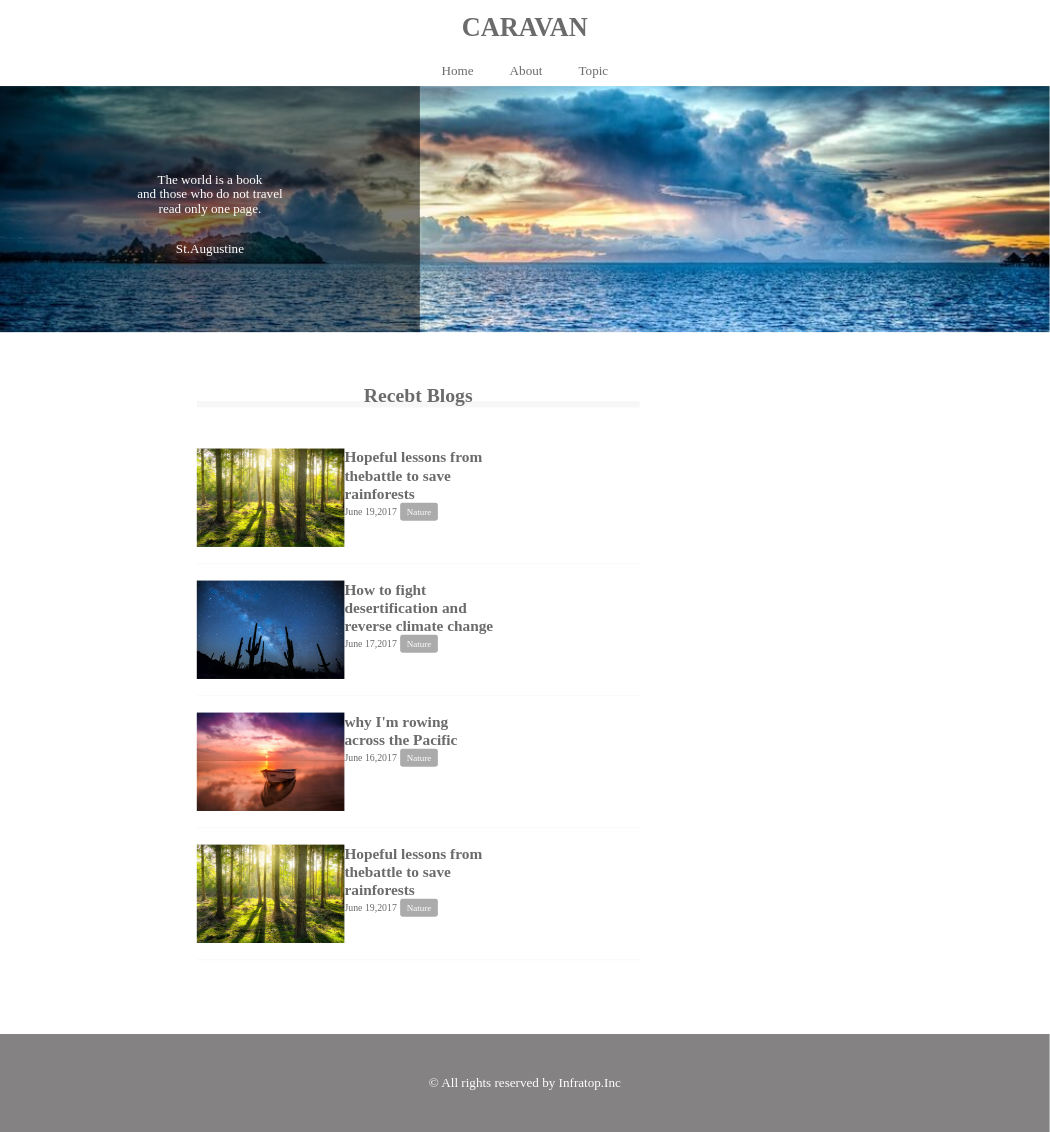
Repository: ego-boosting/html-practice1
Page: caravan/index.html
The author's editor kept a record of every edit. The page is drawn from the files as they stood at one moment, then again after the next edit.
The browser window is 1280 px wide. The pictures show the whole page, at 82% of full size.

Above is the page before.

### caravan/index.html
<!DOCTYPE html>
<html lang="ja">

  <head>
    <meta charset="UTF-8" />
    <link rel="stylesheet" href="style.css" />
    <title>CARAVAN</title>
  </head>

  <body>

    <header>
      <h1 class="heading">
        <a href="index.html">
          CARAVAN
        </a>

      </h1>
    </header>

    <nav>

      <ul class="nav-list">
        <li class="nav-list-item">
          <a href="index.html">Home</a>
        </li>
        <li class="nav-list-item">About</li>
        <li class="nav-list-item">Topic</li>

      </ul>

    </nav>


    <div class="main-visual">
      <div class="main-visual-content">

       <p class="main-visual-text">
         The world is a book<br/>
         and those who do not travel<br/>
         read only one page.
       </p>
       <p class="main-visual-name">
         St.Augustine
       </p>
       </div>
    </div>

    <main>

      <section class="blog">

       <h2 class="blog-heading">Recebt Blogs</h2>

      <div class="blog-box">
       <div class="blog-item">
        <img class="blog-image"src="img/forest.jpg">
        <section class="blog-text">
         <h3 class="blog-text-heading">
          <a href="sigle.html">
               Hopeful lessons from<br/>
               thebattle to save<br/>
               rainforests
          </a>
         </h3>
         <p class="blog-date">June 19,2017</p>
         <span class="category">Nature</span>
        </section>
       </div>
       <div class="blog-item">
        <img class="blog-image"src="img/desert.jpg">
        <section class="blog-text">
         <h3 class ="blog-text-heading">
          <a href="sigle.html">
               How to fight<br/>
               desertification and<br/>
               reverse climate change
          </a>
         </h3>
         <p class="blog-date">June 17,2017</p>
         <span class="category">Nature</span>
        </section>
       </div>
       <div class="blog-item">
        <img class="blog-image"src="img/sunset.jpg">
        <section class="blog-text">
         <h3 class="blog-text-heading">
          <a href="sigle.html">
                why I'm rowing<br/>
                across the Pacific
          </a>
         </h3>
         <p class="blog-date">June 16,2017</p>
         <span class="category">Nature</span>
        </section>
       </div>

       <div class="blog-item">
        <img class="blog-image"src="img/forest.jpg">
        <section class="blog-text">
         <h3>
          <a href="sigle.html">
               Hopeful lessons from</br>
               thebattle to save</br>
               rainforests
          </a>
         </h3>
         <p class="blog-date">June 19,2017</p>
         <span class="category">Nature</span>
        </section>
       </div>

       </div>

      </section>

      <div class="sidebar"></div>

      </main>

    </div>

    <footer>
      <p class="footer-text">© All rights reserved by Infratop.Inc️</p>
    </footer>
  </body>
</html>

### caravan/style.css
* {
  margin: 0;
  padding: 0;
  box-sizing: border-box;
  color:#6c6b6b;
}

a{
  text-decoration:none;
}

header{
  width:90%;
  padding:15px 0;
  margin:0 auto;
  text-align:center;
}

header.heading{
  font-size:32px;
}

.nav-list{
  text-align:center;
  padding:10px 0;
  margin:0 auto;
}

.nav-list-item{
  list-style:none;
  display:inline-block;
  margin:0 20px;
}

.main-visual {
  width: 100%;
  height: 300px;
  background-image:url(img/mv.jpg);
  background-size:cover;
  background-position:center;
}

.main-visual-content {
  width: 40%;
  height: 300px;
  background-color:rgba(0,0,0,0.5);
  text-align:center;
  padding-top:105px;
}

.main-visual-text{
  color:#fff;
}

.main-visual-name{
  margin-top:30px;
  color:#fff;
}

main{
  width:800px;
  display:flex;
  justify-content:center;
  margin:0 auto;
  padding:70px 0;
}

.blog {
  width:540px;
  margin-right:30px;
}

.blog-heading{
  border-bottom:8px solid#f7f7f7;
  text-align:center;
  line-height:0.6;
}

.blog-item{
  padding-bottom:20px;
  margin-bottom:20px;
  border-bottom:1px solid#f7f7f7;
  display:flex;
  justify-content:flex-start;
}

.blog-box{
  padding-top:50px;
}

.blog-image{
  width:180px;
}

.blog-date{
  font-size:12px;
  display:inline-block;
}

.category{
  display:inline-block;
  padding:5px 8px;
  background-color:#acabab;
  border-radius:3px;
  color:#fff;
  font-size:11px;
}

.sidebar {
  width:230px;
}

footer{
  width:100%;
  height:120px;
  text-align:center;
  line-height:120px;
  background-color:#848282;
}

.footer-text{
  color:#fff;
}

After the next edit:
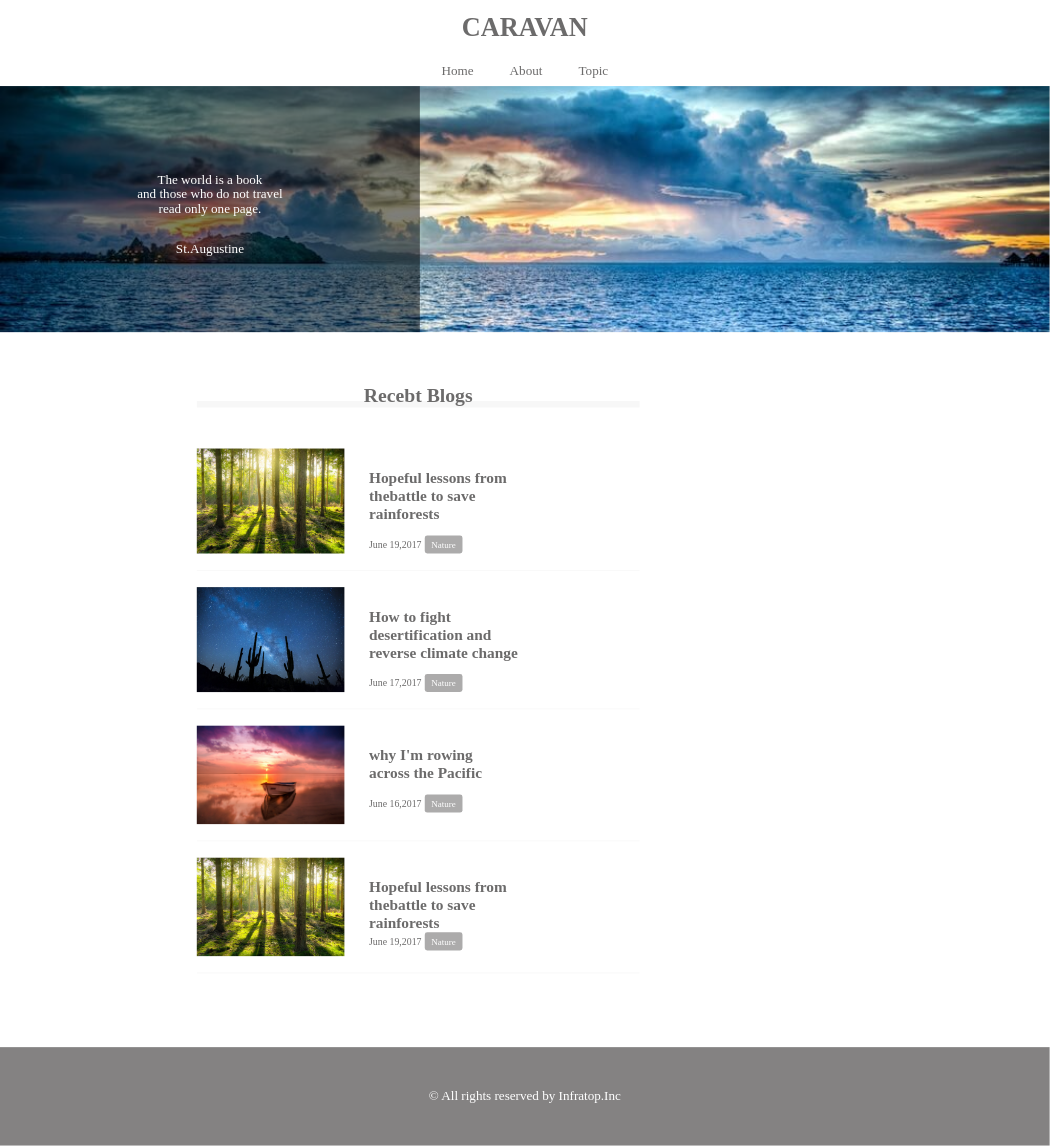
The edit:
--- a/caravan/style.css
+++ b/caravan/style.css
@@ -92,6 +92,14 @@
   width:180px;
 }
 
+.blog-text{
+  padding:25px 0 0 30px;
+}
+
+.blog-text-heading{
+  padding-bottom:15px;
+}
+
 .blog-date{
   font-size:12px;
   display:inline-block;
